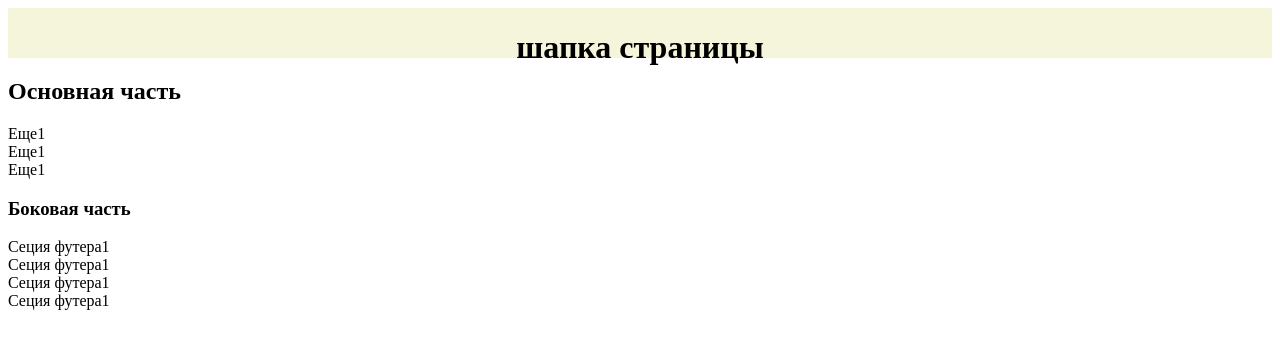
Repository: IrinaGetmanenko/week5
Page: week5/index.html
These files come from the project's save history. The page is drawn as it stood at one moment and after the next save; the edit follows.
The browser window is 1280 px wide. The pictures show the whole page.

Above is the page before, as saved 2022-08-27 14:20:24.

### week5/index.html
<!DOCTYPE html>
<html lang="en">
<head>
    <meta charset="UTF-8">
    <meta http-equiv="X-UA-Compatible" content="IE=edge">
    <meta name="viewport" content="width=device-width, initial-scale=1.0">
    <link rel="stylesheet" href="normalize.css">
    <title>Document</title>
    <style>
        .h1{
           display: flex;
           justify-content: center;
           height: 50px;
           background-color: beige;
        }
    </style>
</head>
<body>
    <header>
        <div class="h1">
            <h1>шапка страницы</h1>
    </header>

    <main>
        <h2>Основная часть</h2>
        <div>Еще1</div>
        <div>Еще1</div>
        <div>Еще1</div>
    </main>

    <aside>
        <h3>Боковая часть</h3>
    </aside>

    <footer>
        <div>Сеция футера1</div>
        <div>Сеция футера1</div>
        <div>Сеция футера1</div>
        <div>Сеция футера1</div>
    </footer>


</body>
</html>

### week5/normalize.css
[type="search"]::-webkit-search-decoration {
    -webkit-appearance: none;
  }

  /**
   * 1. Correct the inability to style clickable types in iOS and Safari.
   * 2. Change font properties to `inherit` in Safari.
   */

  ::-webkit-file-upload-button {
    -webkit-appearance: button; /* 1 */
    font: inherit; /* 2 */
  }

  /* Interactive
     ========================================================================== */

  /*
   * Add the correct display in Edge, IE 10+, and Firefox.
   */

  details {
    display: block;
  }

  /*
   * Add the correct display in all browsers.
   */

  summary {
    display: list-item;
  }

  /* Misc
     ========================================================================== */

  /**
   * Add the correct display in IE 10+.
   */

  template {
    display: none;
  }

  /**
   * Add the correct display in IE 10.
   */

  [hidden] {
    display: none;
  }

After the next save:
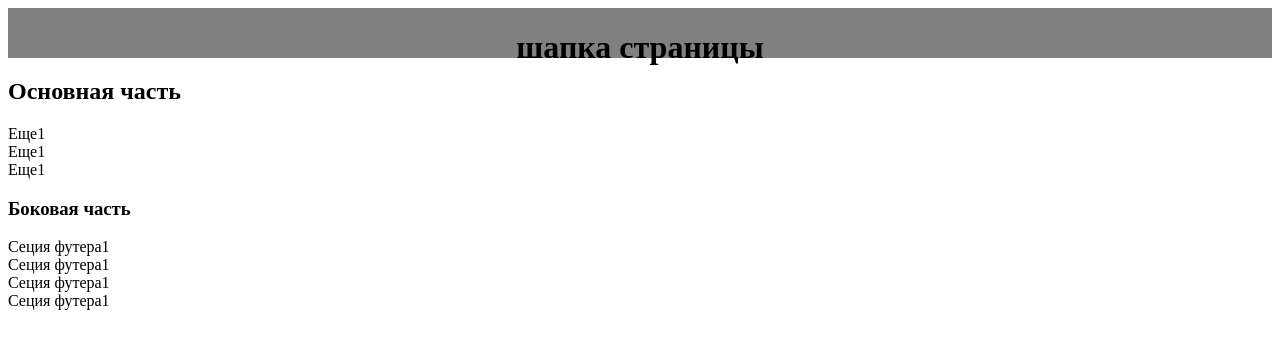
Saved 84 s later.
--- a/week5/index.html
+++ b/week5/index.html
@@ -11,7 +11,7 @@
            display: flex;
            justify-content: center;
            height: 50px;
-           background-color: beige;
+           background-color: gray;
         }
     </style>
 </head>
